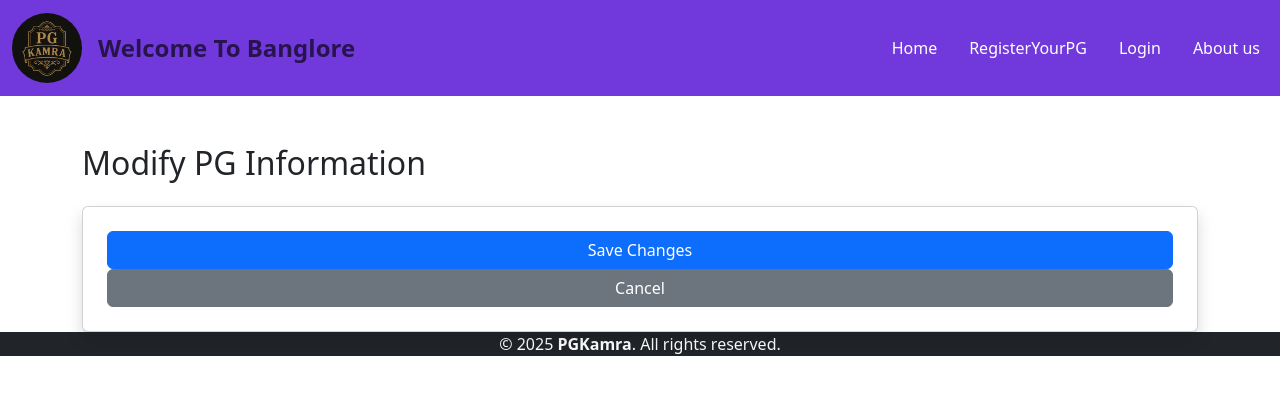
Repository: KUKATIDINESH/pgfinder
Page: mainapp/templates/pglist_for_modification.html
These files come from the project's save history. The page is drawn as it stood at one moment and after a run of saves; the edit follows.
The browser window is 1280 px wide. The pictures show the whole page.
The page is served by the project's application, run on Django 5.2 (manage.py). The template is opened directly, without the code that normally fills it, so the values that code supplies are empty.

Above is the page before, as saved 2025-07-08 12:21:51.

After the next 2 saves:
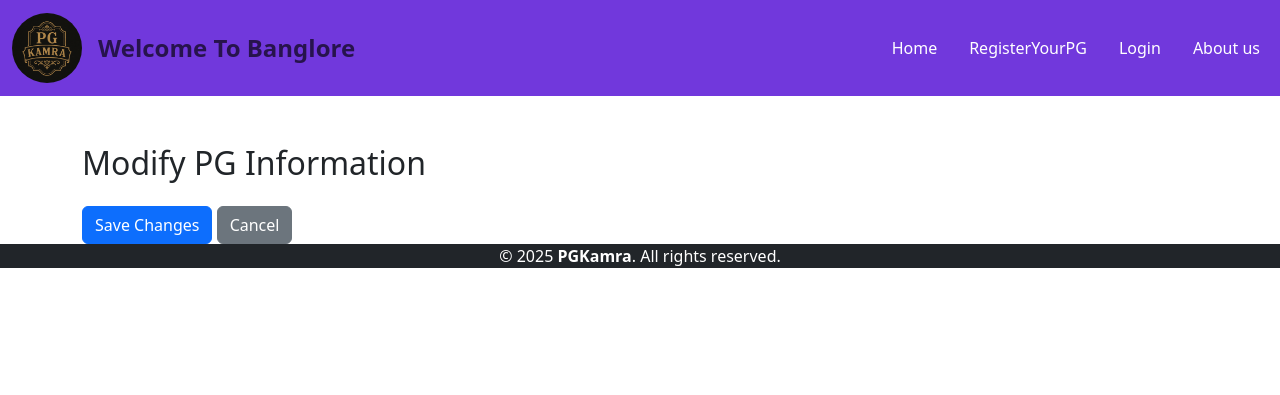
The 2 saves are shown as one change because they came seconds apart.
The last was saved 10 s later.
--- a/PgFinder/mainapp/templates/pglist_for_modification.html
+++ b/PgFinder/mainapp/templates/pglist_for_modification.html
@@ -10,8 +10,6 @@
 <div class="container mt-5">
     <h2 class="mb-4">Modify PG Information</h2>
 
-    <form method="post" class="card p-4 shadow">
-        {% csrf_token %}
 
         {% for pg in pgs %}
             <div class="mb-3">
